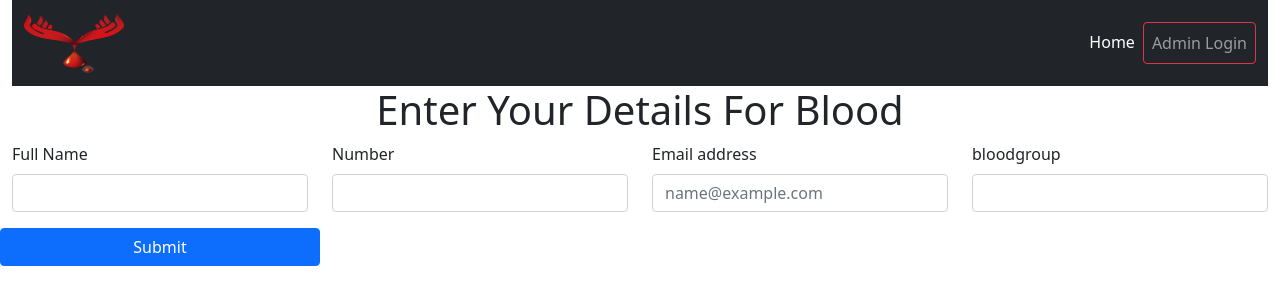
Repository: kshitizJ/Blood-Bank-Management-System-in-jsp
Page: http://localhost/Blood_Bank_Management_System/
These files come from the project's save history. The page is drawn as it stood at one moment and after the next save; the edit follows.
The browser window is 1280 px wide. The pictures show the whole page.
The page is served by Tomcat 9.

Above is the page before, as saved 2021-04-27 06:52:59.

After the next save:
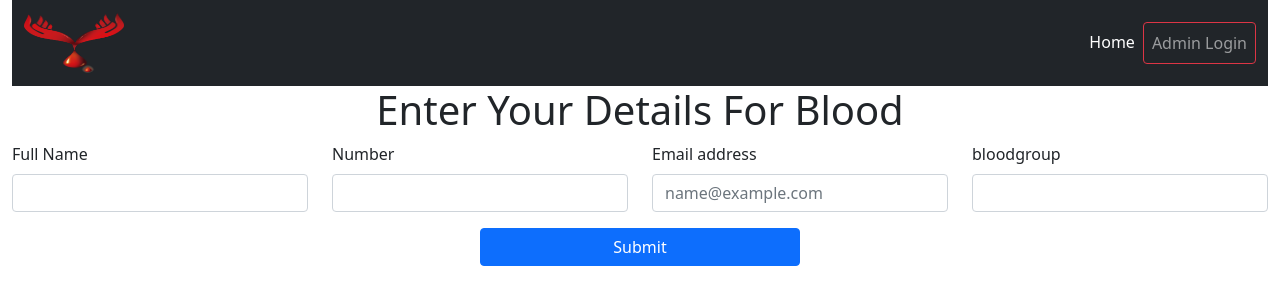
Saved 14 s later.
--- a/Blood Bank Management System/WebContent/index.jsp
+++ b/Blood Bank Management System/WebContent/index.jsp
@@ -36,7 +36,7 @@
                 <h1 class="text-center">Enter Your Details For Blood</h1>
             </div>
             <div class="col-12">
-                <form class="row d-flex" action="indexFormAction.jsp" method="POST">
+                <form class="row d-flex justify-content-center" action="indexFormAction.jsp" method="POST">
                     <div class="mb-3 col-md-3">
                         <label for="name" class="form-label">Full Name</label>
                         <input type="text" class="form-control" id="name">
